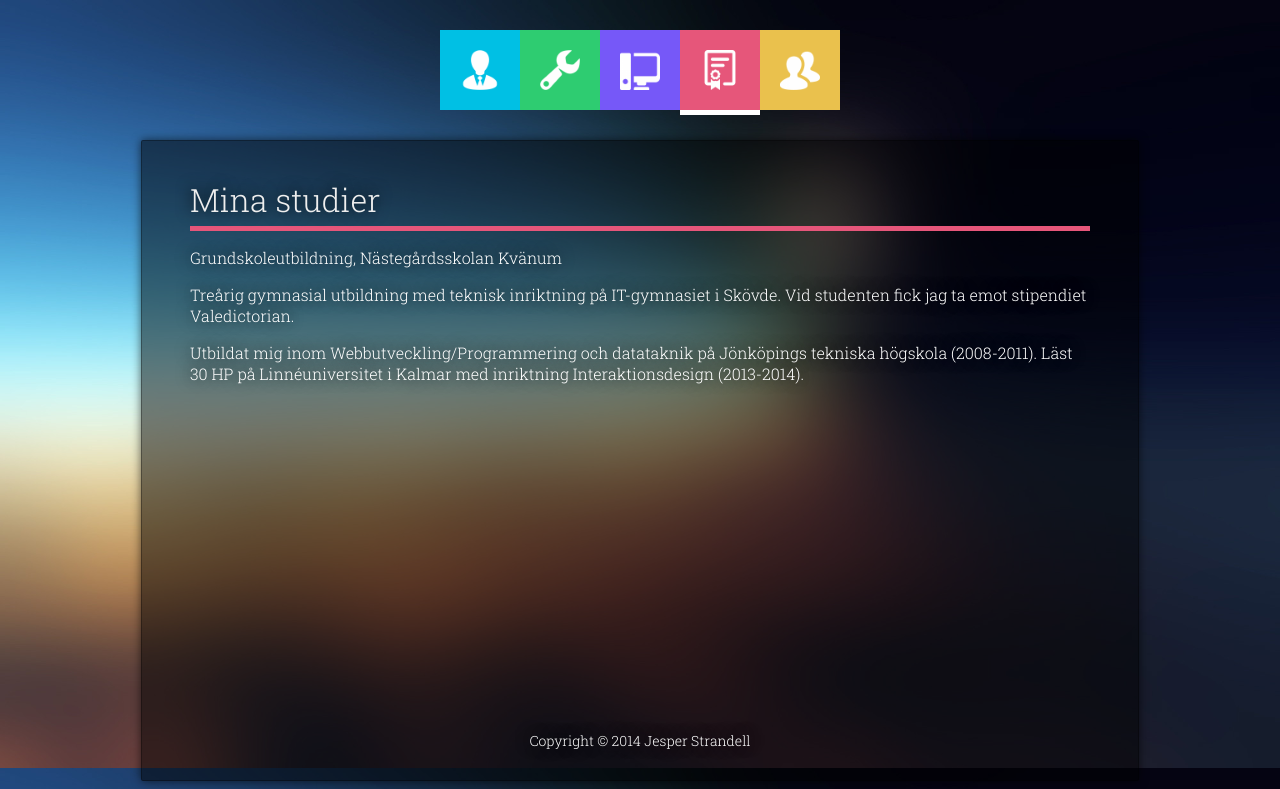
Repository: ja222vv/minipage
Page: pages/portfolio.html
The author's editor kept a record of every edit. The page is drawn from the files as they stood at one moment, then again after the next edit.
The browser window is 1280 px wide. The pictures show the whole page.
Backgrounds fixed to the window are drawn as part of the page.

Above is the page before.
Not found: pages/scripts/script.js

### pages/portfolio.html
<!doctype html>
<html lang="sv">
    <head>
        <meta charset="UTF-8" />
        <title>Studier</title>
        <link rel="stylesheet" href="../css/style.css" />
        <link rel="stylesheet" href="../css/hover.css" />
    </head>
    <body>
        <div class="menu">
            <div class="tile blue shrink" id="aboutme">
                <a href="../index.html">
            	<img src="../css/pics/personimage.png" class="icon" />
            	<span class="title"></span>
                </a>
            </div>
            <div class="tile mint shrink" id="experience">
                <a href="experience.html" id="link_exp">
            	<img src="../css/pics/wrench.png" class="icon" />
            	<span class="title"></span>
            	</a>
            </div>
            <div class="tile purple shrink shrink" id="knowledge">
                <a href="knowledge.html">
            	<img src="../css/pics/workstation.png" class="icon" />
                <span class="title"></span>
                </a>
            </div>
            <div class="tile red active shrink" id="portfolio">
            	<a href="#">
            	<img src="../css/pics/diploma.png" class="icon" />
            	<span class="title"></span>
            	</a>
            </div>
            <div class="tile yellow shrink" id="references">
                <a href="references.html">
                <img src="../css/pics/group.png" class="icon" />
            	<span class="title"></span>
                </a>
            </div>
        </div>
        <div class="container">
		    <div class="headerred">
                <h1>Mina studier</h1>
            </div>
            <div class="subcontent">
                <p>
                    Grundskoleutbildning, Nästegårdsskolan Kvänum
                </p>
                <p>
                    Treårig gymnasial utbildning med teknisk inriktning på IT-gymnasiet i Skövde. Vid studenten fick jag ta emot stipendiet Valedictorian.
                </p>

Utbildat mig inom Webbutveckling/Programmering och datataknik på Jönköpings tekniska högskola (2008-2011).
Läst 30 HP på Linnéuniversitet i Kalmar med inriktning Interaktionsdesign (2013-2014).

                </p>
            </div>
		    <div class="footer">
		        <p>Copyright © 2014 Jesper Strandell</p>
		    </div>
        </div>
        <script type="text/javascript" src="scripts/script.js"></script>
    </body>
</html>

### css/style.css
@import url(//fonts.googleapis.com/css?family=Roboto+Slab:300);

@font-face {
    font-family: LeagueScript;
    src: url('LeagueScript.otf');
}

/*
outline: 7px solid rgba(255,255,255,0);
transition: outline .5s ease-out;
position: relative; /* outline */

html {
	background: #000 url(pics/wallpaper.jpg) no-repeat fixed center center;
	background-size: cover;
	overflow-y: scroll;
}

body {
	font-family: 'Roboto slab', serif;
	color: #FFFFFF;
	font-size: 16px;
	text-shadow: 1px 1px 15px #111;
}
img {
    border:none;
}
h1 {
  color: #eee;
  font-weight:normal;
}
.logotype {
    font-family: LeagueScript;
    font-size:36px;
    font-weight: bold;
    margin-left:30px;
    float:left;
}
.meta {
    font-size:20px;
    font-family: LeagueScript;
    text-align:center;
    margin-left:60px;
    float:left;
}
.meta p {
    margin:0;
    text-shadow: -1px -1px 15px #000000;
}
/* Menyn börjar */
.menu {
    width: 400px;
    height: 80px;
    margin-top:30px;
    margin-left:auto;
	margin-right:auto;
}
.headerblue {
    margin-left:auto;
	margin-right:auto;
	border-bottom: solid 5px #00c0e4;
}
.headermint {
    margin-left:auto;
	margin-right:auto;
	border-bottom: solid 5px #2ecc71;
}
.headerpurple {
    margin-left:auto;
	margin-right:auto;
	border-bottom: solid 5px #7658f8;
}
.headeryellow {
    margin-left:auto;
	margin-right:auto;
	border-bottom: solid 5px #eac14d;
}
.headerred {
    margin-left:auto;
	margin-right:auto;
	border-bottom: solid 5px #e6567a;
}
.headerblue h1, .headermint h1, .headerpurple h1, .headeryellow h1, .headerred h1 {
    margin-bottom: 5px;
}
.tile {
    width: 80px;
	height: 80px;
	text-align: center;
	float:left;
}
.tile > a {
	width: inherit;
	height: inherit;
	display: block;
	color: #fff;
	text-decoration: none !important;
}
.active {
    border-bottom:solid 5px #FFFFFF;
}
.blue {
    background-color: #00c0e4;
}
.mint {
    background-color: #2ecc71;
}
.purple {
    background-color: #7658f8;
}
.yellow {
    background-color: #eac14d;
}
.red {
    background-color: #e6567a;
}
.icon {
	max-width:40px;
    max-height:40px;
    width:auto;
    height:auto;
    margin-top:20px;
}
.title {
	display: block;
}
/* Menyn slutar */
/* Innehåll börjar*/
.container {
    padding: 1em 3em;
	width: 900px;
	min-height: 600px;
	margin-top: 30px;
	margin-left:auto;
	margin-right:auto;
	box-shadow: 0 0 10px rgba(0,0,0,.6);
	border-radius: 2px;
	border: 1px solid #000000;
	border: 1px solid rgba(0,0,0,.3);
	background: rgba(0,0,0,.5);
	text-shadow: -1px -1px 15px #000000;
	filter: progid:DXImageTransform.Microsoft.gradient(GradientType=0,startColorstr='#4c000000', endColorstr='#4c000000');

}
.subcontent {
    min-height: 470px;
}
.nostyle {
    list-style:none;
}
.footer {
    font-size: 14px;
    text-align:center;
}
/* Innehåll slutar*/


* {
	-webkit-touch-callout: none;
	-webkit-user-select: none;
	-khtml-user-select: none;
	-moz-user-select: none;
	-ms-user-select: none;
	user-select: none;
}

Loaded but not shown: css/hover.css (2067 lines, source omitted)

After the next edit:
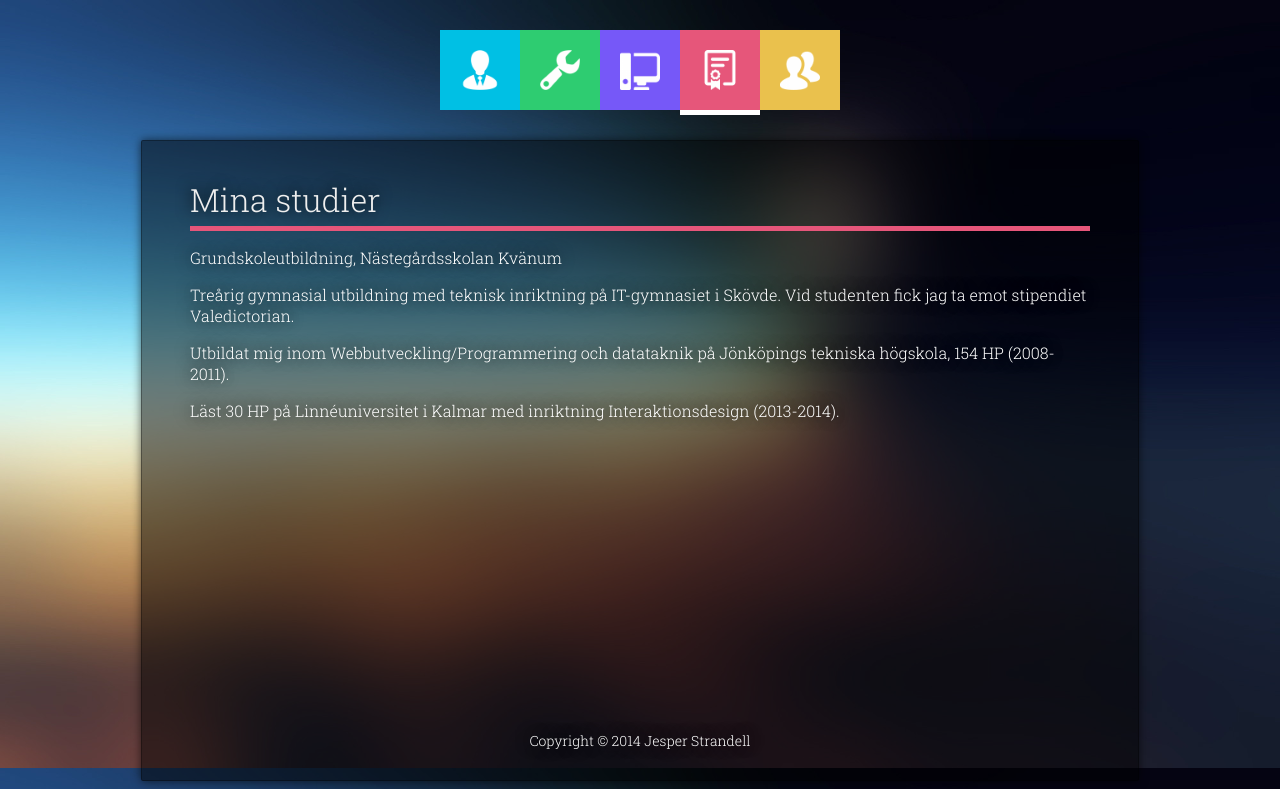
The edit:
--- a/pages/portfolio.html
+++ b/pages/portfolio.html
@@ -50,8 +50,10 @@
                 <p>
                     Treårig gymnasial utbildning med teknisk inriktning på IT-gymnasiet i Skövde. Vid studenten fick jag ta emot stipendiet Valedictorian.
                 </p>
+                <p>
+                    Utbildat mig inom Webbutveckling/Programmering och datataknik på Jönköpings tekniska högskola, 154 HP (2008-2011).
+                </p>
 
-Utbildat mig inom Webbutveckling/Programmering och datataknik på Jönköpings tekniska högskola (2008-2011).
 Läst 30 HP på Linnéuniversitet i Kalmar med inriktning Interaktionsdesign (2013-2014).
 
                 </p>
